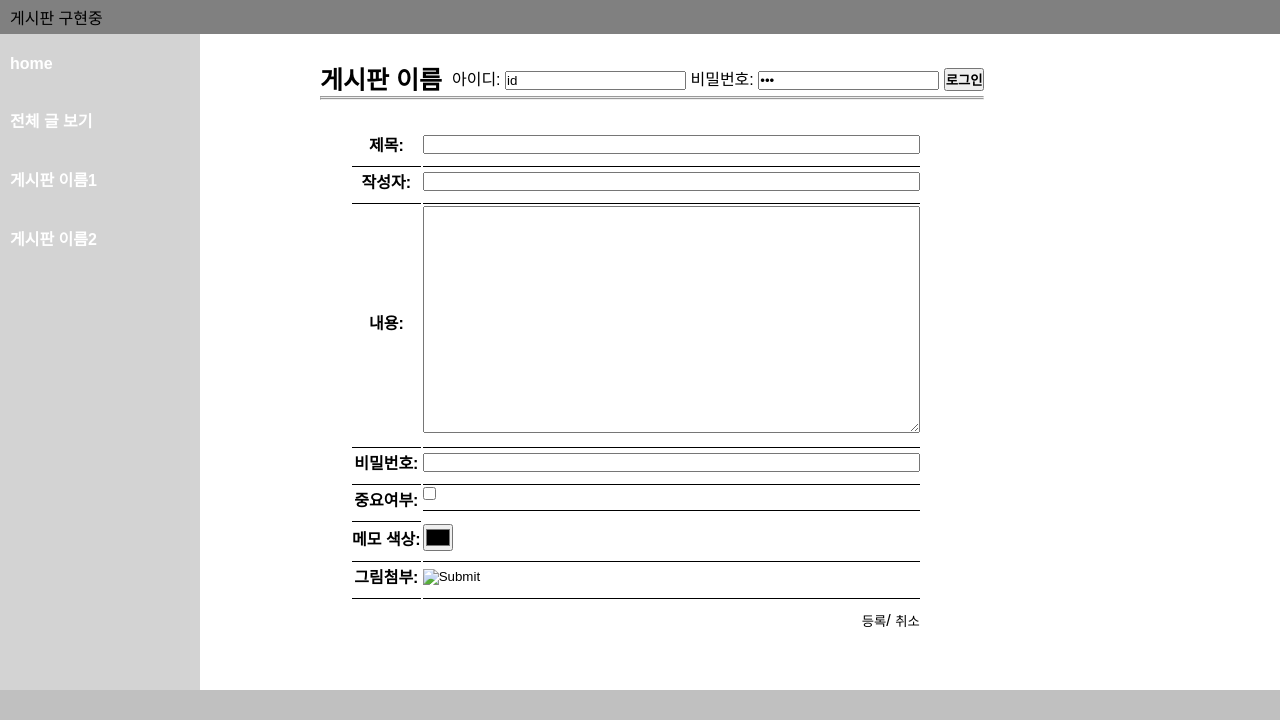
Repository: hyeon-jin-park/study
Page: work/internet_programing/Test_final/public/input.html
These files come from the project's save history. The page is drawn as it stood at one moment and after the next save; the edit follows.
The browser window is 1280 px wide. The pictures show the whole page.

Above is the page before, as saved 2025-03-22 13:25:03.

### work/internet_programing/Test_final/public/input.html
<!DOCTYPE html>
<html lang="ko">
<head>

    <meta charset="UTF-8">
    <meta name="viewport" content="width=device-width, initial-scale=1.0">
    <title>input.html</title>
	<link rel="stylesheet" href="layout.css">
	<link rel="stylesheet" href="board.css">
	<style>
	* { margin: 0; padding: 0; box-sizing: border-box; }
	body { font-family: Arial, sans-serif; }

	#login_button{
		text-align:center;
		font-weight:bold;

	}
	</style>

</head>


<body>

    <div class="header">
        <div class="header_name">게시판 구현중</div>



    </div>
    <div class="sidebar">
    	<ul class="sidebar">
    		<li><a href="home.html">home</a></li>
    		<li><a href="#">전체 글 보기</a></li>
    		<li><a href="#">게시판 이름1</a></li>
    		<li><a href="#">게시판 이름2</a></li>

    	</ul>
    </div>
    <div class="content">
    <div class="board_title">
    		<h1>게시판 이름</h1>
    			<form style="padding-left:10px">
    			아이디: <input type="text" name="아이디" value="id">
    			비밀번호: <input type="password" name="비밀번호" value="pwd">
    			<button id="login_button" type="submit" >로그인</button>
    			</form>
    	</div>
    	<hr>
    	<hr>
    	<div  class="input_form">
    	    <form method="get">
    		<table>
    			<tr>
    				<th>제목: </th>
    				<td><input type="text" name="제목"></td>
    			</tr>
    			<tr>
    				<th>작성자: </th>
    				<td><input type="text" name="작성자"></td>
    			</tr>
    			<tr>
    				<th>내용: </th>
    				<td><textarea rows="15" cols="60"></textarea></td>
    			</tr>
    			<tr>
    				<th>비밀번호: </th>
    				<td><input type="password" name="등록 비밀번호"></td>
    			</tr>
    			<tr>
    				<th>중요여부: </th>
    				<td style="display:grid; justify-content:start;text-align:center"><input type="checkbox" name="중요도"></td>
    			</tr>
    			<tr>
    				<th>메모 색상: </th>
    				<td><input style="width:30px" type="color" name="색상"></td>
    			</tr>
    			<tr>
    				<th>그림첨부: </th>
    				<td><input type="image" name="그림"></td>
    			</tr>
    			<tr>
    				<td colspan="2" style="border-bottom:none;text-align: right;padding-top:10px;">
    				<button type="submit">등록</button>/
    				<button type="reset">취소</button>
    				</td>
    			</tr>

    		</table>
    		</form>
    	</div>
    </div>

    <div class="footer">
    	<h1></h1>
    </div>

</body>
</html>

### work/internet_programing/Test_final/public/layout.css
@charset "UTF-8";

.header {
            background-color: gray;
            color: black;
            padding: 5px 10px;
            display: flex;
            justify-content: space-between;
            align-items: center;
            width: 100%;
            position: fixed;
            z-index: 1000;
    		border-collapse: collapse;
    		table-layout: fixed;
        }


        .sidebar {
        	margin-top: 30px;
    		width: 200px;
    		background-color: lightgray;
    		color: black;
    		padding: 20px;
    		position: fixed;
    		height: 100vh;
    		top: 0;
    		left: 0;
		}

		.sidebar ul {
    		list-style: none;
    		padding: 0;
		}

		.sidebar ul li {
   		 margin: 15px 0;
		}

		.sidebar a {
    		text-decoration: none;
    		color: white;
   		    font-weight: bold;
   		 	display: block;
    		padding: 10px;
    		border-radius: 5px;
		}

		.sidebar a:hover {
    		background-color: #555;
		}


		.content {
			margin-top: 60px;
			position: fixed;
			z-index: 999;
    		margin-left: 300px;
    		padding: 20px;
    		padding-top: 0px;
    		align-items: center;
    		min-height: 300px;
    		overflow:auto;
		}
		.board_title{
			margin:0px;
			padding: 0px;
			display: flex;
            justify-content: space-between;
            align-items: center;
            width: 100%;
		}
		.board_title ul{
			list-style: none;
			padding:0;
		}

		.board_title a {
    		text-decoration: none;
    		color: black;
   		    font-weight: bold;
   		 	display: block;
    		padding: 10px;
    		border-radius: 5px;
		}

		.board_title h1{
			font-size: 25px;

		}
		.input_form{
			padding:20px;
		}
		.input_form table{
			white-space: nowrap;
			margin:10px;
		}
		.input_form th,td{
			padding-bottom:10px;
			border-bottom: 1px solid black;
		}
		.input_form button{
			border:none;
			background-color:white;
			cursor: pointer;
		}
		.input_form input{
			width:100%;
		}


		.footer {
    		background-color: silver;
    		color: white;
    		text-align: center;
    		height: 30px;
    		padding: 5px 0;
    		position: fixed;
    		bottom: 0;
    		width: 100%;
    		z-index: 1000;
    		box-sizing: border-box;
		}

### work/internet_programing/Test_final/public/board.css
@charset "UTF-8";

.board {
	background-color: white;
	color: black;
	padding: 20px 20px;
	width: 100%;
}

.board td {
  padding: 10px;
}

.board th {
	padding: 10px;
    text-align: center;
    vertical-align: middle;
    font-size: 10px;
}

.board th:nth-child(1),
.board td:nth-child(1){
	width: 100px;
}
.board th:nth-child(2),
.board td:nth-child(2){
	width: 600px;
}
.board th:nth-child(3),
.board td:nth-child(3){
	width: 100px;
}
.board th:nth-child(4),
.board td:nth-child(4){
	width: 200px;
}

After the next save:
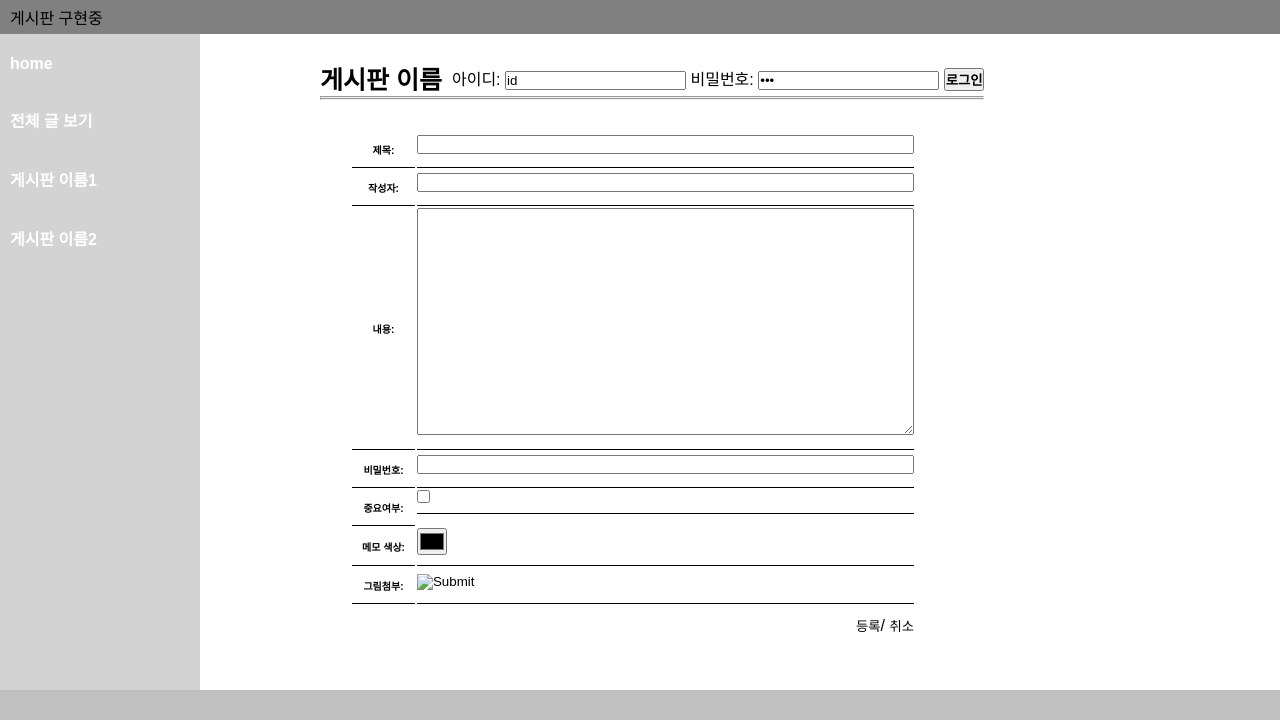
Saved 25 s later.
--- a/work/internet_programing/Test_final/public/board.css
+++ b/work/internet_programing/Test_final/public/board.css
@@ -7,11 +7,9 @@
 	width: 100%;
 }
 
-.board td {
-  padding: 10px;
-}
 
-.board th {
+
+.board td, th {
 	padding: 10px;
     text-align: center;
     vertical-align: middle;
